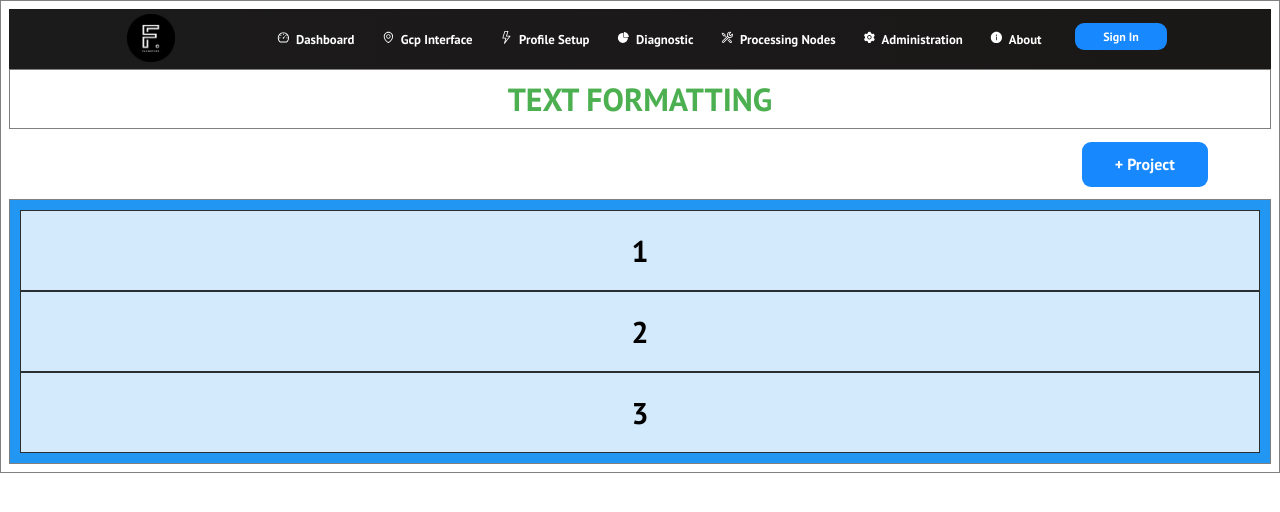
Repository: Akshaykumar1111/akki
Page: /Dashboard
The author's editor kept a copy of each file at every save. The page is drawn from the files as they stood at one save, then again after the next save.
The browser window is 1280 px wide. The pictures show the whole page.
Some web libraries are served in a nearby version. The project was rebuilt for these pictures with package versions that can differ from the ones it lists, and the page was loaded fresh each time. Also part of the build but not shown: src/components/pages/Administration.css, src/components/pages/Administration.js, src/components/pages/Diagnostic.js, src/components/pages/ProfileSetup.js, src/components/pages/GcpInterface.js, src/components/pages/ProcessingNodes.js, src/components/pages/About.js, src/components/pages/Popup.css and 7 more.

Above is the page before, as saved 2022-10-20 12:35:42.

### src/App.css
* {
  box-sizing: border-box;
  margin: 0;
  padding: 0;
  font-family: 'PT Sans', sans-serif;
}

.home,
.Diagnostic,
.Dashboard,
.ProfileSetup,
.GcpInterface,
.ProcessingNodes,
.products,
.Administration,
.DeveloperTools,
.About,
.sign-up,
.SigUp,
.Forgot,
.marketing,
.consulting {
  display: flex;
  height: 961.3px;
  align-items: center;
  justify-content: center;
  font-size: 2rem;
}


.map-container{
  width: 100%;
  height: 100%;
}

.Dashboard {
  background-image: url('./images/img-1.jpg');
  background-position: center;
  background-size: cover;
  background-repeat: no-repeat;
  color: #fff;
  font-size: 100px;

  margin-bottom: 10px;
}

.GcpInterface {
  background-image: url('./images/img-2.jpg');
  background-position: center;
  background-size: cover;
  background-repeat: no-repeat;
  color: #fff;
  font-size: 100px;
}

.Diagnostic {
  background-image: url('./images/img-3.jpg');
  background-position: center;
  background-size: fill;
  background-repeat: no-repeat;
  color: #fff;
  font-size: 100px;
}

.ProfileSetup {
  background-image: url('./images/img-4.jpg');
  background-position: center;
  background-size: cover;
  background-repeat: no-repeat;
  color: #fff;
  font-size: 100px;
}

.sign-up {
  background-image: url('./images/img-7.jpg');
  background-position: center;
  background-size: cover;
  background-repeat: no-repeat;
  color: #fff;
  font-size: 100px;
}

.marketing {
  background-image: url('./images/img-6.jpg');
  background-position: center;
  background-size: cover;
  background-repeat: no-repeat;
  color: #fff;
  font-size: 100px;
}

.consulting {
  background-image: url('./images/img-5.jpg');
  background-position: bottom;
  background-size: cover;
  background-repeat: no-repeat;
  color: #fff;
  font-size: 100px;
}

### src/components/pages/Dashboard.js

import React from 'react';
import '../../App.css';
import '../Button.css';
import './Dashboard.css';

export default function Dashboard() {
  return ( <>
  <div>
  <h1>text formatting</h1>


</div>
  <button type="button" className='btn projectbtn'>+ Project</button>
  <div class="grid-container">
  <div class="grid-item">1</div>
  <div class="grid-item">2</div>
  <div class="grid-item">3</div>

</div>
  </>
  )
 }

### src/components/Button.js
import React from 'react';
import './Button.css';
import { Link } from 'react-router-dom';

export function Button() {
  return (
    <Link to='sign-In'>
      <button className='btn'>Sign In</button>
    </Link>
  );
}

### src/components/Navbar.css
.navbar {

  height: 70px;
  display: flex;
  justify-content: center;
  align-items: center;
  font-size: 1.2rem;


}
.nav-bg1{
  background-color: rgba(42, 41, 41, 0.606);
  }
.nav-bg2{
  background: linear-gradient(90deg, rgb(28, 27, 27) 0%, rgb(26, 23, 23) 100%);

}

.navbar-logo {
  color: #fff;
  justify-self: start;
  margin-left: 20px;
  cursor: pointer;
  text-decoration: none;
  font-size: 2rem;
}

.fa-firstdraft {
    margin-left: -18%;
    font-size: 1rem;
    height: 4rem;
    width: 4rem;
    text-align: center;
    margin-top: 12%;
    margin-left: -190%;
}
/* .log-img{
  width: 8%;
} */
.nav-menu {
  display: grid;
  grid-template-columns: repeat(8, auto);
  grid-gap: 10px;
  list-style: none;
  text-align: center;
  width: 70vw;
  justify-content: end;
  margin-right: 2rem;
}

.nav-item {
  display: flex;
  align-items: center;
  height: 80px;
  margin-top: 8%;
  display: flex;
}

.nav-links {
  color: white;
  text-decoration: none;
  padding: 0.5rem 1rem;
}

.nav-links:hover {
  background-color: #1888ff;
  border-radius: 4px;
  transition: all 0.2s ease-out;
}

.fa-bars {
  color: #fff;
}

.nav-links-mobile {
  display: none;
}

.menu-icon {
  display: none;
}
.li1{
  margin-top: 9%;
}

.li2{
  margin-top: 8%;
}
.li4{
  margin-top: 9%;
}
.li5{
  margin-top: 6.5%;
}
.li6{
  margin-top: 7.3%;
}
.li7{
  margin-top: 12.4%;
}
.li8{
  margin-top: 7%;
}

.nav-links1 {
  color: white;
  text-decoration: none;
  padding: 0.5rem 1rem;
}






@media screen and (max-width: 1648px) {
  .navbar {
    /* background: linear-gradient(90deg, rgb(28, 27, 27) 0%, rgb(26, 23, 23) 100%); */
    height: 60px;
    display: flex;
    justify-content: center;
    align-items: center;
    font-size: 0.8rem;
  }
  .nav-bg1{
    background-color: rgba(42, 41, 41, 0.606);
    }
  .nav-bg2{
    background: linear-gradient(90deg, rgb(28, 27, 27) 0%, rgb(26, 23, 23) 100%);

  }
  .navbar-logo {
    color: #fff;
    justify-self: start;
    margin-left: 20px;
    cursor: pointer;
    text-decoration: none;
    font-size: 1.5rem;
    padding-right: 1%;
  }

  .fa-firstdraft {
    margin-left: -6%;
    font-size: 1rem;
    height: 3rem;
    width: 3rem;
    text-align: center;
    margin-top: 12%;
}

  .nav-menu {
    display: grid;
    grid-template-columns: repeat(8, auto);
    grid-gap: 8px;
    list-style: none;
    text-align: center;
    width: 75vw;
    justify-content: end;
    margin-right: 1.2rem;
  }

  .nav-item {
    display: flex;
    align-items: center;
    height: 75px;
  }

  .nav-links {
    color: white;
    text-decoration: none;
    padding: 0.5rem 0.6rem;
  }

  .nav-links1 {
    color: white;
    text-decoration: none;
    padding: 0.5rem 1rem;
  }

  .nav-links:hover {
    background-color: #1888ff;
    border-radius: 4px;
    transition: all 0.2s ease-out;
  }

  .fa-bars {
    color: #fff;
  }

  .nav-links-mobile {
    display: none;
  }

  .menu-icon {
    display: none;
  }
  .li1{
    margin-top: 9%;
  }

  .li2{
    margin-top: 8%;
  }
  .li4{
    margin-top: 9%;
  }
  .li5{
    margin-top: 6.5%;
  }
  .li6{
    margin-top: 7.3%;
  }
  .li7{
    margin-top: 12.4%;
  }
  .li8{
    margin-top: 7%;
  }

}



@media screen and (max-width: 961px) {
  .NavbarItems {
    position: relative;
  }

  .nav-menu {
    display: flex;
    flex-direction: column;
    width: 100%;
    height: 90vh;
    position: absolute;
    top: 80px;
    left: -100%;
    opacity: 1;
    transition: all 0.5s ease;
  }

  .nav-menu.active {
    background: #242222;
    left: 0;
    opacity: 1;
    transition: all 0.5s ease;
    z-index: 1;
  }

  .nav-links {
    text-align: center;
    padding: 0rem;
    width: 100%;
    display: table;
    margin-top: -1%;
  }

  .nav-links1 {
    color: white;
    text-decoration: none;
    padding: 0.5rem 1rem;
  }


  .nav-links:hover {
    background-color: #1888ff;
    border-radius: 0;
  }

  .navbar-logo {
    position: absolute;
    top: 0;
    left: 0;
    transform: translate(25%, 50%);
  }

  .menu-icon {
    display: block;
    position: absolute;
    top: -8px;
    right: 0;
    transform: translate(-100%, 60%);
    font-size: 1.8rem;
    cursor: pointer;
  }

  .fa-times {
    color: #fff;
    font-size: 2rem;
  }
  .nav-item {
    display: flex;
    align-items: center;
    height: 88px;
    font-size: 155%;
}

  .nav-links-mobile {
    display: block;
    text-align: center;
    /* padding: 1.5rem; */
    margin: 0rem auto;
    border-radius: 16px;
    width: 50%;
    background: #1888ff;
    text-decoration: none;
    color: #fff;
    font-size: 1.2rem;
    height: 55px;
    margin-bottom: 2%;
    padding-top: 2%;
  }

  .nav-links-mobile:hover {
    background: #fff;
    color: #1888ff;
    transition: 250ms;
  }

  .nav-Button{
    margin-top: 14%;
  }
  /* button {
    display: none;
  } */
  .fa-firstdraft {
    margin-left: 85%;
    font-size: 1rem;
    height: 3rem;
    width: 3rem;
    text-align: center;
    margin-top: -28%;
}
.li1{
  margin-top: 9%;
}

.li2{
  margin-top: 8%;
}
.li4{
  margin-top: 9%;
}
.li5{
  margin-top: 6.5%;
}
.li6{
  margin-top: 7.3%;
}
.li7{
  margin-top: 12.4%;
}
.li8{
  margin-top: 7%;
}

}



@media screen and (max-width: 480px) {
  .NavbarItems {
    position: relative;
  }

  .nav-menu {
    display: flex;
    flex-direction: column;
    width: 100%;
    height: 90vh;
    position: absolute;
    top: 80px;
    left: -100%;
    opacity: 1;
    transition: all 0.5s ease;
  }

  .nav-menu.active {
    background: #242222;
    left: 0;
    opacity: 1;
    transition: all 0.5s ease;
    z-index: 1;
  }

  .nav-links {
    text-align: center;
    padding: 0rem;
    width: 100%;
    display: table;
    margin-top: -1%;
  }

  .nav-links1 {
    color: white;
    text-decoration: none;
    padding: 0.5rem 1rem;
  }


  .nav-links:hover {
    background-color: #1888ff;
    border-radius: 0;
  }

  .navbar-logo {
    position: absolute;
    top: 0;
    left: 0;
    transform: translate(25%, 50%);
  }

  .menu-icon {
    display: block;
    position: absolute;
    top: -8px;
    right: 0;
    transform: translate(-100%, 60%);
    font-size: 1.8rem;
    cursor: pointer;
  }

  .fa-times {
    color: #fff;
    font-size: 2rem;
  }
  .nav-item {
    display: flex;
    align-items: center;
    height: 88px;
    font-size: 155%;
}

  .nav-links-mobile {
    display: block;
    text-align: center;
    /* padding: 1.5rem; */
    margin: 0rem auto;
    border-radius: 16px;
    width: 50%;
    background: #1888ff;
    text-decoration: none;
    color: #fff;
    font-size: 1.2rem;
    height: 55px;
    margin-bottom: 2%;
    padding-top: 2%;
  }

  .nav-links-mobile:hover {
    background: #fff;
    color: #1888ff;
    transition: 250ms;
  }

  .nav-Button{
    margin-top: 14%;
  }
  /* button {
    display: none;
  } */
  .fa-firstdraft {
    margin-left: 50%;
    font-size: 1rem;
    height: 3rem;
    width: 3rem;
    text-align: center;
    margin-top: -28%;
}
.li1{
  margin-top: 9%;
}

.li2{
  margin-top: 8%;
}
.li4{
  margin-top: 9%;
}
.li5{
  margin-top: 6.5%;
}
.li6{
  margin-top: 7.3%;
}
.li7{
  margin-top: 12.4%;
}
.li8{
  margin-top: 7%;
}

}

/* <-----------sticky navbar----------> */
/* .sticky{
  position: fixed;
  top: 0;
  left: 0;
  width: 100%;
  height: 5rem;
  padding-top: 0;
  padding-bottom: 0;
  box-shadow: 0 0 2rem 0 rgb(0,0,0,5);
} */
/* <-----------sticky navbar end----------> */

### src/components/Button.css
:root {
  --primary: #1888ff;
}

.btn {
  padding: 6px 9px;
  border-radius: 4px;
  outline: none;
  border: none;
  font-size: 15px;
  color: #fff;
  cursor: pointer;
  background-color: var(--primary);
  margin-top: 33%;
}
.projectbtn {
  font-size: 150%;
  /* padding: 0.5% 0.1% 0.5% 0.1%; */
  width: 10%;
  margin-top: 1%;
  margin-left: 89%;
}

.btn:hover {
  padding: 5px 9px;
  transition: all 0.3s ease-out;
  background-color: transparent;
  color: #fff;
  border-radius: 4px;
  border: 2px solid var(--primary);
  transition: all 0.3s ease-out;
}
@media screen and (max-width: 1140px) {
  .NavbarItems {
    position: relative;
  }
  :root {
    --primary: #1888ff;
  }

  .btn {
    padding: 6px 12px;
    border-radius: 9px;
    outline: none;
    border: none;
    font-size: 12px;
    color: #fff;
    cursor: pointer;
    background-color: var(--primary);
    margin-top: 36%;
  }
  .projectbtn {
    font-size: 150%;
    /* padding: 0.5% 0.1% 0.5% 0.1%; */
    width: 10%;
    margin-top: 1%;
    margin-left: 89%;
  }

  .btn:hover {
    padding: 6px 18px;
    transition: all 0.3s ease-out;
    background-color: transparent;
    color: #fff;
    border-radius: 4px;
    border: 2px solid var(--primary);
    transition: all 0.3s ease-out;
  }
}

@media screen and (max-width: 1648px) {
  .NavbarItems {
    position: relative;
  }
  :root {
    --primary: #1888ff;
  }

  .btn {
    padding: 6px 12px;
    border-radius: 9px;
    outline: none;
    border: none;
    font-size: 12px;
    color: #fff;
    cursor: pointer;
    background-color: var(--primary);
    margin-top: 26%;
  }
  .projectbtn {
    font-size: 100%;
    padding: 1% 0.1% 1% 0.1%;
    width: 10%;
    margin-top: 1%;
    margin-left: 85%;
  }

  .btn:hover {
    padding: 6px 18px;
    transition: all 0.3s ease-out;
    background-color: transparent;
    color: #fff;
    border-radius: 4px;
    border: 2px solid var(--primary);
    transition: all 0.3s ease-out;
  }
}




@media screen and (max-width: 961px) {
  .NavbarItems {
    position: relative;
  }
  :root {
    --primary: #1888ff;
  }

  .btn {

    border-radius: 9px;
    outline: none;
    border: none;
    font-size: 12px;
    color: #fff;
    cursor: pointer;
    background-color: var(--primary);
    width: auto;
    margin-top: 3%;
  }
  .projectbtn {
    font-size: 100%;
    padding: 1.5% 0.1% 1.5% 0.1%;
    width: 10%;
    margin-top: 1%;
    margin-left: 86%;
  }

  .btn:hover {
    padding: 0px 0px;
    transition: all 0.3s ease-out;
    background-color: transparent;
    color: #fff;
    border-radius: 4px;
    border: 2px solid var(--primary);
    transition: all 0.3s ease-out;
  }
}

### src/components/pages/Dashboard.css
.grid-container {
    display: grid;
    grid-template-rows: auto auto auto;
    background-color: #2196F3;
    padding: 10px;
  }
  .grid-item {
    background-color: rgba(255, 255, 255, 0.8);
    border: 1px solid rgba(0, 0, 0, 0.8);
    padding: 20px;
    font-size: 30px;
    text-align: center;
  }
  div {
    border: 1px solid gray;
    padding: 8px;
  }

  h1 {
    text-align: center;
    text-transform: uppercase;
    color: #4CAF50;
  }

### src/components/pages/Signin.css
.sign-ups{
    display: flex;
    height: 33px;
    align-items: center;
    justify-content: center;
    font-size: 3rem;
    margin-top: -9px;
    color:whitesmoke;
    text-shadow: 2px 2px 15px white;
  }
  body {font-family: Arial, Helvetica, sans-serif;}
  /* The Modal (background) */
  .Main-login-Div {
  width: 100%;
  height: 100%;
  background-color: rgba(0,0,0,0.4);

  padding:10% 20% 5.6% 20%;

  background-image: url('../../images/abhi.jpg');
  background-size: cover;


  }

  /* input[type=text], input[type=password] {
  width: 100%;
  padding: 12px 20px;
  margin: 12px 0;
  display: inline-block;
  border: 1px solid #ccc;
  box-sizing: border-box;
  } */
  .input[type=text], .input[type=password] {
    width: 100%;
    padding: 12px 20px;
    margin: 12px 0;
    display: inline-block;
    border: 1px solid #ccc;
    box-sizing: border-box;
    }

  /* Set a style for all buttons */
  button {
  background-color: var(--primary);
  color: white;
  padding: 14px 20px;
  margin: 12px 0;
  border: none;
  cursor: pointer;
  width: 100%;
  border-radius: 10px;

  }


  button:hover {
  opacity: 0.8;
  }

  .nav-links-mobile {
    display: none;
  }

  /* Extra styles for the cancel button */
  .cancelbtn {
  width: auto;
  padding: 10px 18px;
  background-color: #f44336;
  border-radius: 9%;
  }

  .Signupbtn{
  width: auto;
  padding: 10px 18px;
  background-color: var(--primary);
  text-align: center;
  border-radius: 9%;
  }

  /* Center the image and position the close button */
  .imgcontainer  {
  text-align: center;
  margin: 24px 0 12px 0;
  position: relative;
  }

  img.avatar {
  width: 40%;
  border-radius: 50%;
  }

  .container {
  padding: 16px;
  /* text-align: right; */

  }
  .cont2{
    margin-left: 75px;
  }

  .container5 {

  /* text-align: right; */
  width: 100%;
  display: flex;
  /* height: 10%; */

  }

  .container1 {
  padding: 16px;

  width: 80%;

  }
  .container2 {
  width: 20%;
  text-align: right;
  padding: 16px;

  }







  span.psw {
  float: right;
  padding-top: 16px;
  }



  /* Modal Content/Box */
  .modal-content {
  background-color: #fefefe;
  margin: 5% auto 15% auto; /* 5% from the top, 15% from the bottom and centered */
  border: 1px solid #888;
  width: 80%; /* Could be more or less, depending on screen size */
  border-radius: 18px;
  }

  /* The Close Button (x) */
  .close {
  position: absolute;
  right: 25px;
  top: 0;
  color: #000;
  font-size: 35px;
  font-weight: bold;
  }

  .close:hover,
  .close:focus {
  color: red;
  cursor: pointer;
  }

  /* Add Zoom Animation */
  .animate {
  -webkit-animation: animatezoom 0.6s;
  animation: animatezoom 0.6s
  }

  @-webkit-keyframes animatezoom {
  from {-webkit-transform: scale(0)}
  to {-webkit-transform: scale(1)}
  }

  @keyframes animatezoom {
  from {transform: scale(0)}
  to {transform: scale(1)}
  }


  /* /////////////////////////////////////////////////////////////////////////////////////////////////////////////////// */
  @media screen and (max-width: 961px){
  .sign-ups{
    display: flex;
    height: 33px;
    align-items: center;
    justify-content: center;
    font-size: 3rem;
    margin-top: -9px;
    color:whitesmoke;
    text-shadow: 2px 2px 15px white;
  }
  body {font-family: Arial, Helvetica, sans-serif;}
  /* The Modal (background) */
  .Main-login-Div {
  width: 100%; /* Full width */
  height: 100%; /* Full height */
  background-color: rgba(0,0,0,0.4); /* Black w/ opacity */
  padding-top: 15%;
  padding-bottom: 2%;

  background-image: url('../../images/abhi.jpg');
  background-size: cover;


  }

  .input2[type=text], .input2[type=password] {
  width: 80%;
  padding: 12px 20px;
  margin: 12px 0;
  display: inline-block;
  border: 1px solid #ccc;
  box-sizing: border-box;
  }

  /* Set a style for all buttons */
  button {
  background-color: var(--primary);
  color: white;
  padding: 14px 20px;
  margin: 12px 0;
  border: none;
  cursor: pointer;
  width: 100%;
  border-radius: 10px;
  }


  button:hover {
  opacity: 0.8;
  }

  /* Extra styles for the cancel button */
  .cancelbtn {
  /* width: auto; */
  padding: 10px 18px;
  background-color: #f44336;
  }

  .Signupbtn{
  /* width: auto; */
  padding: 10px 18px;
  background-color: var(--primary);
  text-align: center;

  }

  /* Center the image and position the close button */
  .imgcontainer  {
  text-align: center;
  margin: 24px 0 12px 0;
  position: relative;
  }

  img.avatar {
  width: 40%;
  border-radius: 50%;
  }

  .container {
  padding: 16px;
  /* text-align: right; */

  }

  .container5 {

  /* text-align: right; */
  width: 100%;
  display: flex;
  /* height: 10%; */

  }

  .container1 {
  padding: 16px;

  width: 80%;

  }
  .container2 {
  width: 50%;
  text-align: right;
  padding: 16px;

  }








  span.psw {
  float: right;
  padding-top: 16px;
  }



  /* Modal Content/Box */
  .modal-content {
  background-color: #fefefe;
  margin: 5% auto 15% auto; /* 5% from the top, 15% from the bottom and centered */
  border: 1px solid #888;
  width: 80%; /* Could be more or less, depending on screen size */
  border-radius: 18px;
  }

  /* The Close Button (x) */
  .close {
  position: absolute;
  right: 25px;
  top: 0;
  color: #000;
  font-size: 35px;
  font-weight: bold;
  }

  .close:hover,
  .close:focus {
  color: red;
  cursor: pointer;
  }

  /* Add Zoom Animation */
  .animate {
  -webkit-animation: animatezoom 0.6s;
  animation: animatezoom 0.6s
  }

  @-webkit-keyframes animatezoom {
  from {-webkit-transform: scale(0)}
  to {-webkit-transform: scale(1)}
  }

  @keyframes animatezoom {
  from {transform: scale(0)}
  to {transform: scale(1)}
  }
  }
  @media screen and (max-width: 300px) {
    span.psw {
       display: block;
       float: none;
    }
    .cancelbtn {
       width: 100%;
    }
  }

  @media screen and (max-width: 610px){
    .sign-ups{
      display: flex;
      height: 33px;
      align-items: center;
      justify-content: center;
      font-size: 2rem;
      margin-top: -9px;
      color:whitesmoke;
      text-shadow: 2px 2px 15px white;
    }
    body {font-family: Arial, Helvetica, sans-serif;}
    /* The Modal (background) */
    .Main-login-Div {
    width: 100%; /* Full width */
    height: 100%; /* Full height */
    background-color: rgba(0,0,0,0.4); /* Black w/ opacity */
    padding-top: 15%;
    padding-bottom: 2%;

    background-image: url('../../images/abhi.jpg');
    background-size: cover;


    }

    .input[type=text], .input[type=password] {
    width: 100%;
    padding: 12px 20px;
    margin: 12px 0;
    display: inline-block;
    border: 1px solid #ccc;
    box-sizing: border-box;
    }

    /* Set a style for all buttons */
    /* button {
    background-color: var(--primary);
    color: white;
    padding: 14px 20px;
    margin: 12px 0;
    border: none;
    cursor: pointer;
    width: 126%;
    } */
    .button {
      background-color: var(--primary);
      color: white;
      padding: 14px 20px;
      margin: 12px 0;
      border: none;
      cursor: pointer;
      width: 100%;
      border-radius: 10px;
      }



    button:hover {
    opacity: 0.8;
    }

    /* Extra styles for the cancel button */
    .cancelbtn {
    /* width: auto; */
    padding: 7px 14px;
    background-color: #f44336;
    }
    .cont2{
      margin-left: 75px;

    }
    .Signupbtn{
    /* width: auto; */
    padding: 3px 11px;
    background-color: var(--primary);
    text-align: center;
    font-size: 14px;

    }
    .Forgot-password{
      font-size: 12px;
    }

    /* Center the image and position the close button */
    .imgcontainer  {
    text-align: center;
    margin: 24px 0 12px 0;
    position: relative;
    }

    img.avatar {
    width: 40%;
    border-radius: 50%;
    }

    .container {
    padding: 16px;
    /* text-align: right; */
    width: 100%;

    }

    .container5 {

    /* text-align: right; */
    width: 100%;
    display: flex;
    /* height: 10%; */

    }

    .container1{
    padding: 16px;

    width: 80%;

    }
    .container2 {
    width: 50%;
    text-align: right;
    padding: 16px;

    }








    span.psw1 {
    float: right;
    padding-top: 16px;
    }



    /* Modal Content/Box */
    .modal-content {
    background-color: #fefefe;
    margin: 5% auto 15% auto; /* 5% from the top, 15% from the bottom and centered */
    border: 1px solid #888;
    width: 80%; /* Could be more or less, depending on screen size */
    border-radius: 18px;
    }

    /* The Close Button (x) */
    .close {
    position: absolute;
    right: 25px;
    top: 0;
    color: #000;
    font-size: 35px;
    font-weight: bold;
    }

    .close:hover,
    .close:focus {
    color: red;
    cursor: pointer;
    }

    /* Add Zoom Animation */
    .animate {
    -webkit-animation: animatezoom 0.6s;
    animation: animatezoom 0.6s
    }

    @-webkit-keyframes animatezoom {
    from {-webkit-transform: scale(0)}
    to {-webkit-transform: scale(1)}
    }

    @keyframes animatezoom {
    from {transform: scale(0)}
    to {transform: scale(1)}
    }
    }

    @media screen and (max-width: 523px){
      .sign-ups{
        display: flex;
        height: 33px;
        align-items: center;
        justify-content: center;
        font-size: 1.5rem;
        margin-top: -9px;
        color:whitesmoke;
        text-shadow: 2px 2px 15px white;
      }
      body {font-family: Arial, Helvetica, sans-serif;}
      /* The Modal (background) */
      .Main-login-Div {
      width: 100%; /* Full width */
      height: 100%; /* Full height */
      background-color: rgba(0,0,0,0.4); /* Black w/ opacity */
      padding-top: 15%;
      padding-bottom: 2%;

      background-image: url('../../images/abhi.jpg');
      background-size: cover;


      }

      .input[type=text], .input[type=password] {
      width: 100%;
      padding: 12px 20px;
      margin: 12px 0;
      display: inline-block;
      border: 1px solid #ccc;
      box-sizing: border-box;
      }

      /* Set a style for all buttons */
      /* button {
      background-color: var(--primary);
      color: white;
      padding: 14px 20px;
      margin: 12px 0;
      border: none;
      cursor: pointer;
      width: 126%;
      } */
      .button {
        background-color: var(--primary);
        color: white;
        padding: 14px 20px;
        margin: 12px 0;
        border: none;
        cursor: pointer;
        width: 100%;
        border-radius: 10px;

        }



      button:hover {
      opacity: 0.8;
      }

      /* Extra styles for the cancel button */
      .cancelbtn {
      /* width: auto; */
      padding: 7px 14px;
      background-color: #f44336;
      }
      .cont2{
        margin-left: 30px;

      }
      .Signupbtn{
      /* width: auto; */
      padding: 3px 11px;
      background-color: var(--primary);
      text-align: center;
      font-size: 14px;

      }
      .Forgot-password{
        font-size: 12px;
      }

      /* Center the image and position the close button */
      .imgcontainer  {
      text-align: center;
      margin: 24px 0 12px 0;
      position: relative;
      }

      img.avatar {
      width: 40%;
      border-radius: 50%;
      }

      .container {
      padding: 16px;
      /* text-align: right; */
      width: 100%;

      }

      .container5 {

      /* text-align: right; */
      width: 100%;
      display: flex;
      /* height: 10%; */

      }

      .container1{
      padding: 16px;

      width: 80%;

      }
      .container2 {
      width: 50%;
      text-align: right;
      padding: 16px;

      }








      span.psw1 {
      float: right;
      padding-top: 16px;
      }



      /* Modal Content/Box */
      .modal-content {
      background-color: #fefefe;
      margin: 5% auto 15% auto; /* 5% from the top, 15% from the bottom and centered */
      border: 1px solid #888;
      width: 80%; /* Could be more or less, depending on screen size */
      border-radius: 18px;
      }

      /* The Close Button (x) */
      .close {
      position: absolute;
      right: 25px;
      top: 0;
      color: #000;
      font-size: 35px;
      font-weight: bold;
      }

      .close:hover,
      .close:focus {
      color: red;
      cursor: pointer;
      }

      /* Add Zoom Animation */
      .animate {
      -webkit-animation: animatezoom 0.6s;
      animation: animatezoom 0.6s
      }

      @-webkit-keyframes animatezoom {
      from {-webkit-transform: scale(0)}
      to {-webkit-transform: scale(1)}
      }

      @keyframes animatezoom {
      from {transform: scale(0)}
      to {transform: scale(1)}
      }

      }

Loaded but not shown: public/index.html (common file); src/index.js (common file); src/components/Navbar.js (179 lines, source omitted); src/App.js (57 lines, source omitted)

After the next save:
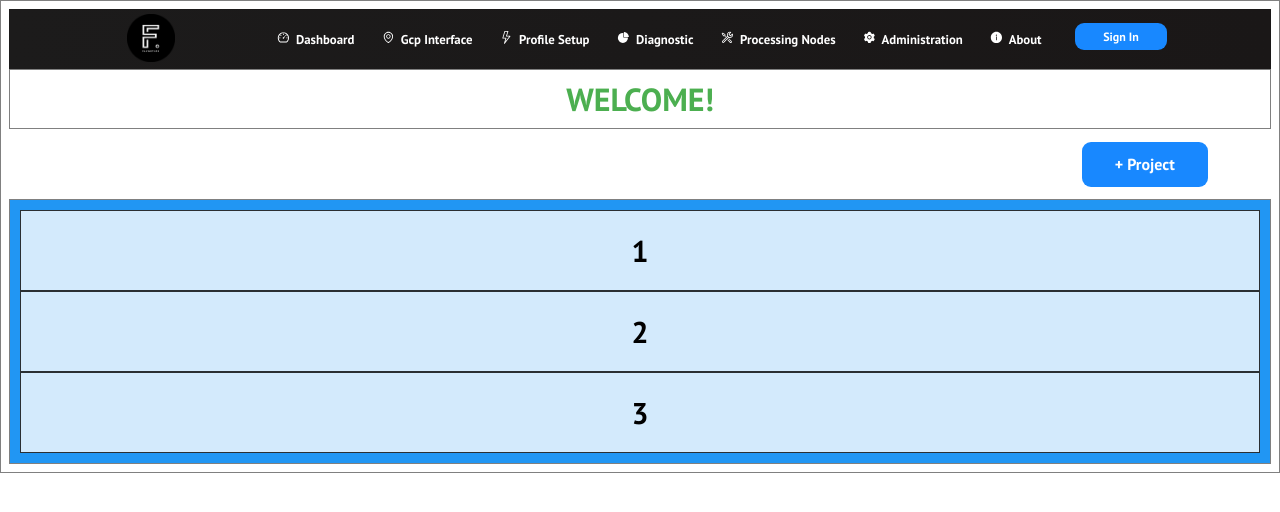
Saved 35 s later.
--- a/src/components/pages/Dashboard.js
+++ b/src/components/pages/Dashboard.js
@@ -7,7 +7,7 @@ import './Dashboard.css';
 export default function Dashboard() {
   return ( <>
   <div>
-  <h1>text formatting</h1>
+  <h1>welcome!</h1>
 
 
 </div>
